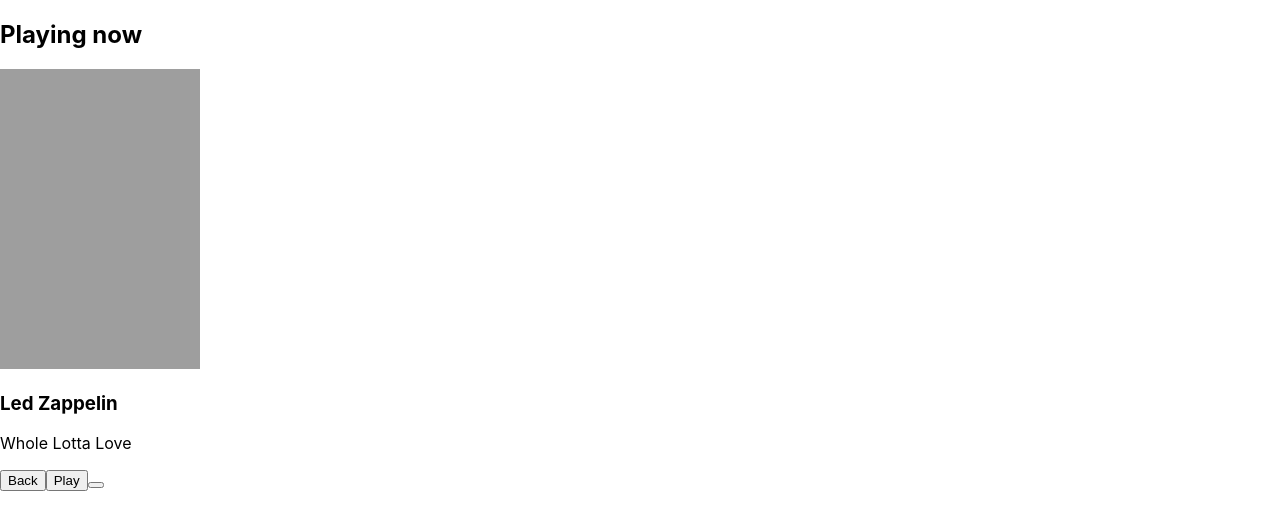
Repository: Sxcram02/playlist
Page: /
An editor plug-in stored every save of this project. The page is shown before and after the next save, followed by the edit.
The browser window is 1280 px wide. The pictures show the whole page.
Pictures or frames that could not be fetched are drawn as grey boxes. The project was rebuilt for these pictures with package versions that can differ from the ones it lists, and the page was loaded fresh each time. Also part of the build but not shown: src/App.css.

Above is the page before, as saved 2023-02-22 16:47:13.

### src/index.js
import React from 'react';
import ReactDOM from 'react-dom/client';
import './index.css';
import App from './App';

const root = ReactDOM.createRoot(document.getElementById('root'));
root.render(
  <React.StrictMode>
    <App />
  </React.StrictMode>
);
// If you want to start measuring performance in your app, pass a function
// to log results (for example: reportWebVitals(console.log))
// or send to an analytics endpoint. Learn more: https://bit.ly/CRA-vitals

### src/App.js
import './App.css';

function App() {
  return (
    <div>
      <div>
        <h2>Playing now</h2>
        <img src="https://picsum.photos/200/300" alt="Imagen..." />
        <div>
          <h3>Led Zappelin</h3>
          <p>Whole Lotta Love</p>
        </div>
        <div>
          <button>
            Back
          </button>
          <button>
            Play
          </button>
          <button>

          </button>
        </div>
      </div>
    </div>
  );
}

export default App;

Loaded but not shown: public/index.html (common file); src/index.css (common file)

After the next save:
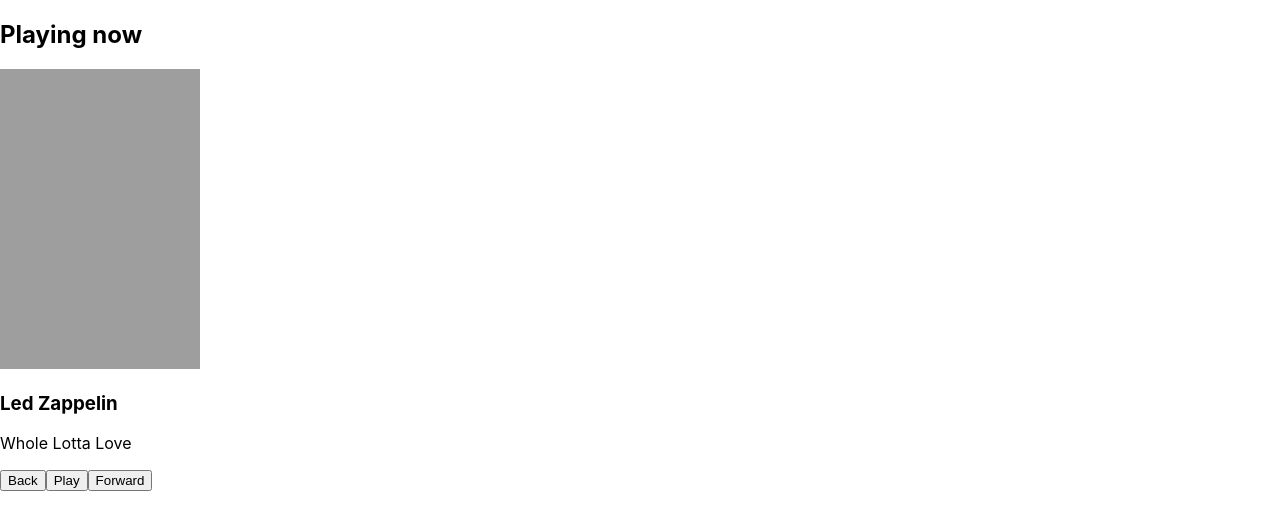
Saved 4 s later.
--- a/src/App.js
+++ b/src/App.js
@@ -18,7 +18,7 @@
             Play
           </button>
           <button>
-
+            Forward
           </button>
         </div>
       </div>
